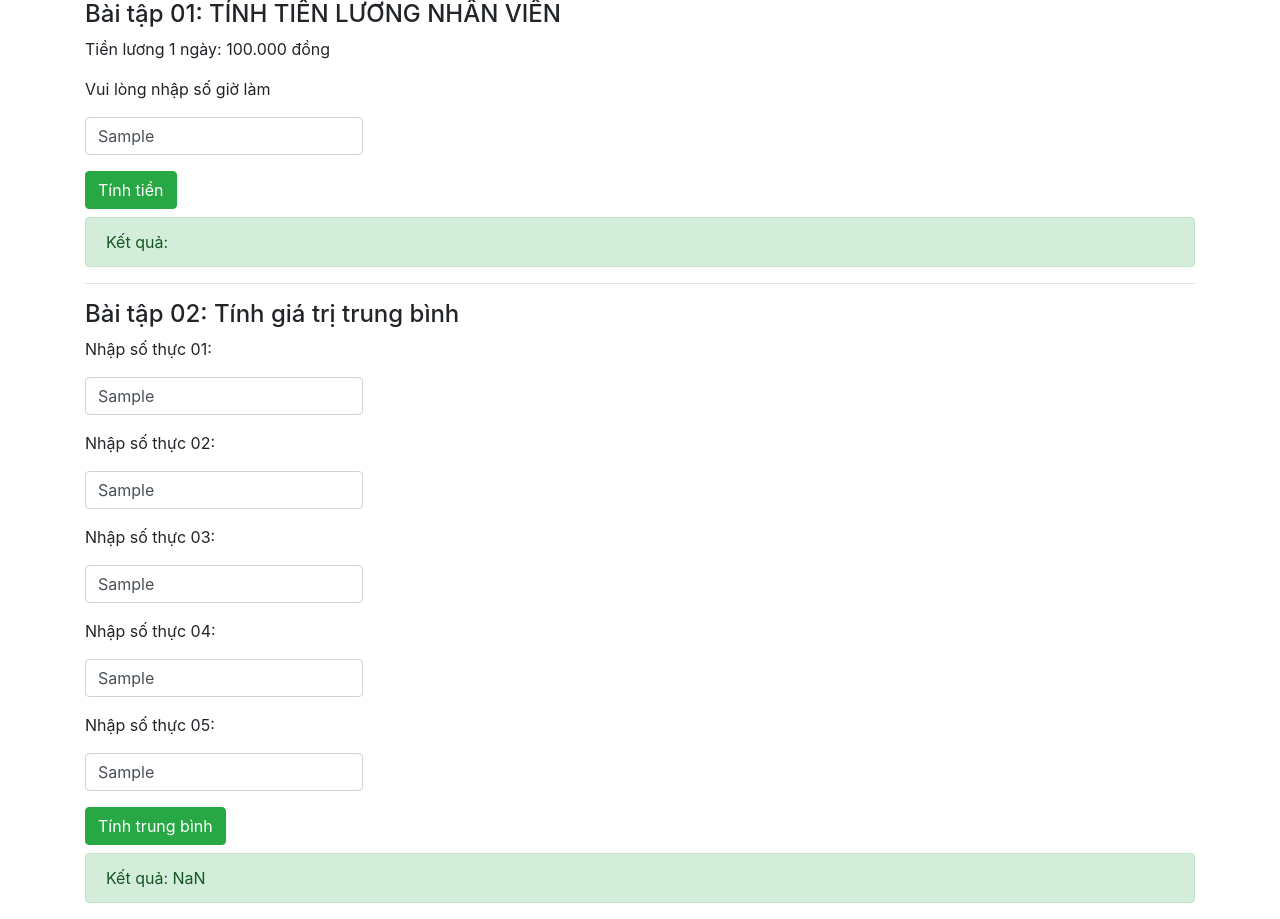
Repository: ducdatit2002/javascript-tinh-day13
Page: index.html
These files come from the project's save history. The page is drawn as it stood at one moment and after a run of saves; the edit follows.
The browser window is 1280 px wide. The pictures show the whole page.
Empty fields were first filled with sample values (such as "Sample", 5 or name@example.com).
After loading, the first visible `#btnTrungBinh` was clicked once.

Above is the page before, as saved 2023-08-14 00:05:18.

### index.html
<!DOCTYPE html>
<html lang="en">
  <head>
    <title>Bài tập JS Buổi 13</title>
    <!-- Required meta tags -->
    <meta charset="utf-8" />
    <meta
      name="viewport"
      content="width=device-width, initial-scale=1, shrink-to-fit=no"
    />

    <!-- Bootstrap CSS -->
    <link
      rel="stylesheet"
      href="https://stackpath.bootstrapcdn.com/bootstrap/4.3.1/css/bootstrap.min.css"
      integrity="sha384-ggOyR0iXCbMQv3Xipma34MD+dH/1fQ784/j6cY/iJTQUOhcWr7x9JvoRxT2MZw1T"
      crossorigin="anonymous"
    />
  </head>
  <body>
    <div class="container">
      <!-- Bài 1: TÍNH TIỀN LƯƠNG NHÂN VIÊN -->
      <div class="form-group">
        <h4>Bài tập 01: TÍNH TIỀN LƯƠNG NHÂN VIÊN</h4>
        <div class="form-group">
          <p>Tiền lương 1 ngày: 100.000 đồng</p>
        </div>
        <div class="form-group">
          <p>Vui lòng nhập số giờ làm</p>
          <input id="soGioLam" class="form-control w-25" />
        </div>
        <button
          onclick="tinhTongLuong()"
          id="btnTinhTien"
          class="btn btn-success"
        >
          Tính tiền
        </button>
        <div class="mt-2 alert alert-success">
          Kết quả: <span id="tongLuong"></span>
        </div>
      </div>
      <hr />
      <!-- Bài 2: TÍNH GIÁ TRỊ TRUNG BÌNH -->
      <div class="form-group">
        <h4>Bài tập 02: Tính giá trị trung bình</h4>
        <div class="form-group">
          <p>Nhập số thực 01:</p>
          <input id="sothuc01" class="form-control w-25" />
        </div>
        <div class="form-group">
          <p>Nhập số thực 02:</p>
          <input id="sothuc02" class="form-control w-25" />
        </div>
        <div class="form-group">
          <p>Nhập số thực 03:</p>
          <input id="sothuc03" class="form-control w-25" />
        </div>
        <div class="form-group">
          <p>Nhập số thực 04:</p>
          <input id="sothuc04" class="form-control w-25" />
        </div>
        <div class="form-group">
          <p>Nhập số thực 05:</p>
          <input id="sothuc05" class="form-control w-25" />
        </div>
        <button
          onclick="tinhTrungBinh()"
          id="btnTrungBinh"
          class="btn btn-success"
        >
          Tính trung bình
        </button>
        <div class="mt-2 alert alert-success">
          Kết quả: <span id="trungBinh"></span>
        </div>
      </div>
    </div>

    <!-- Optional JavaScript -->
    <!-- jQuery first, then Popper.js, then Bootstrap JS -->
    <script
      src="https://code.jquery.com/jquery-3.3.1.slim.min.js"
      integrity="sha384-q8i/X+965DzO0rT7abK41JStQIAqVgRVzpbzo5smXKp4YfRvH+8abtTE1Pi6jizo"
      crossorigin="anonymous"
    ></script>
    <script
      src="https://cdnjs.cloudflare.com/ajax/libs/popper.js/1.14.7/umd/popper.min.js"
      integrity="sha384-UO2eT0CpHqdSJQ6hJty5KVphtPhzWj9WO1clHTMGa3JDZwrnQq4sF86dIHNDz0W1"
      crossorigin="anonymous"
    ></script>
    <script
      src="https://stackpath.bootstrapcdn.com/bootstrap/4.3.1/js/bootstrap.min.js"
      integrity="sha384-JjSmVgyd0p3pXB1rRibZUAYoIIy6OrQ6VrjIEaFf/nJGzIxFDsf4x0xIM+B07jRM"
      crossorigin="anonymous"
    ></script>
    <script src="./index.js"></script>
  </body>
</html>

### index.js
// BÀI 1: TÍNH TIỀN LƯƠNG NHÂN VIÊN
function tinhTongLuong() {
  //input: tienluong1h, so gio lam:number
  var tienLuong = 100000;
  var soGioLam = document.getElementById("soGioLam").value;
  //Kiểm tra input
  // console.log(tienLuong);
  // console.log(soGioLam);

  let tongLuong = 0;

  //progress
  tongLuong = tienLuong * soGioLam;

  document.getElementById("tongLuong").innerHTML = tongLuong.toLocaleString();
}

// BÀI 2: TÍNH TRUNG BÌNH 5 SỐ THỰC
function tinhTrungBinh() {
  var sothuc01 = document.getElementById("sothuc01");
  var sothuc02 = document.getElementById("sothuc02");
  var sothuc03 = document.getElementById("sothuc03");
  var sothuc04 = document.getElementById("sothuc04");
  var sothuc05 = document.getElementById("sothuc05");

  let trungBinh = 0;

  trungBinh = (sothuc01 + sothuc02 + sothuc03 + sothuc04 + sothuc05)/5;

   document.getElementById("trungBinh").innerHTML = trungBinh.toLocaleString();
}

After the next 2 saves:
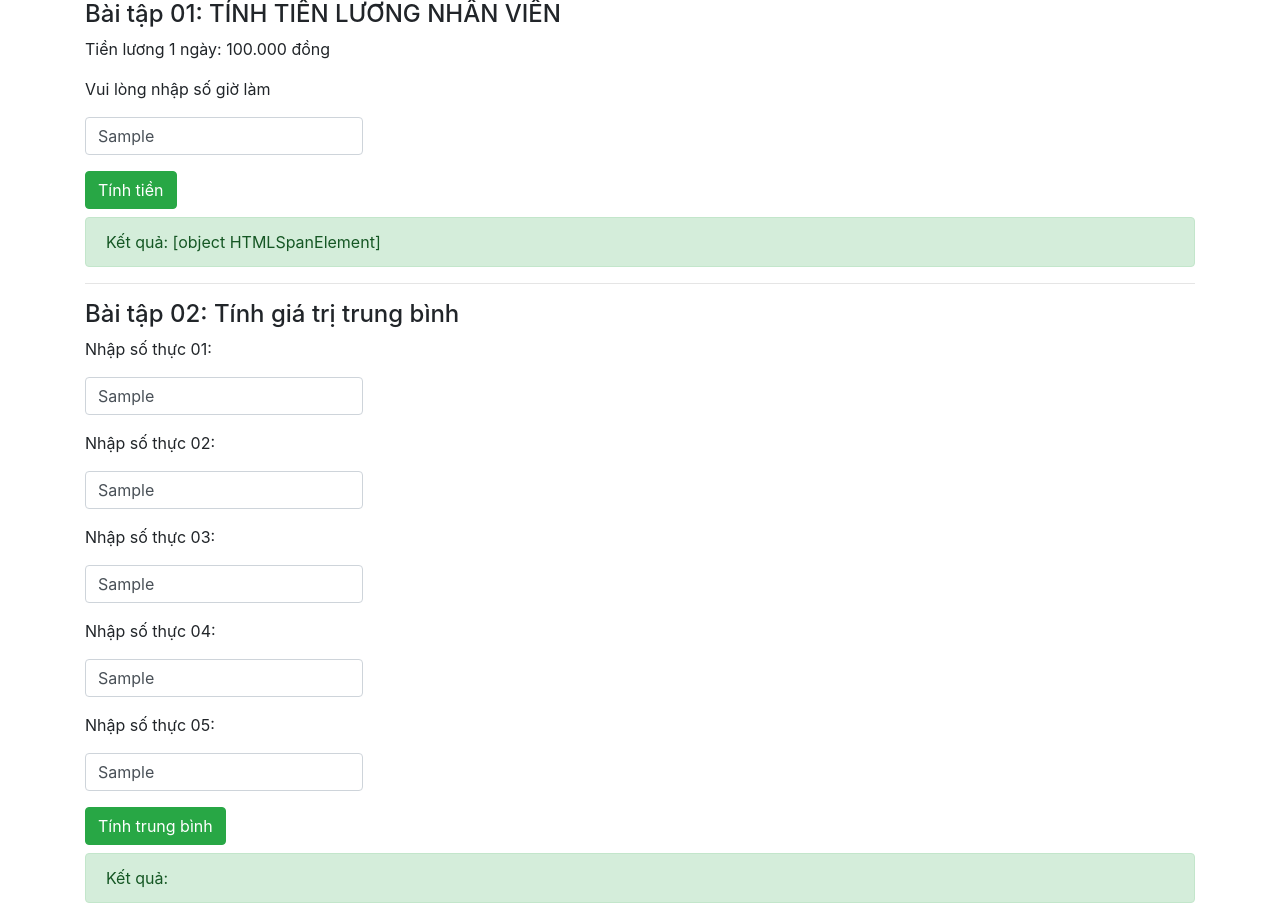
The 2 saves are shown as one change because they came seconds apart.
The last was saved 22 s later.
--- a/index.js
+++ b/index.js
@@ -27,5 +27,5 @@ function tinhTrungBinh() {
 
   trungBinh = (sothuc01 + sothuc02 + sothuc03 + sothuc04 + sothuc05)/5;
 
-   document.getElementById("trungBinh").innerHTML = trungBinh.toLocaleString();
+   document.getElementById("tongLuong").innerHTML = tongLuong.toLocaleString();
 }
